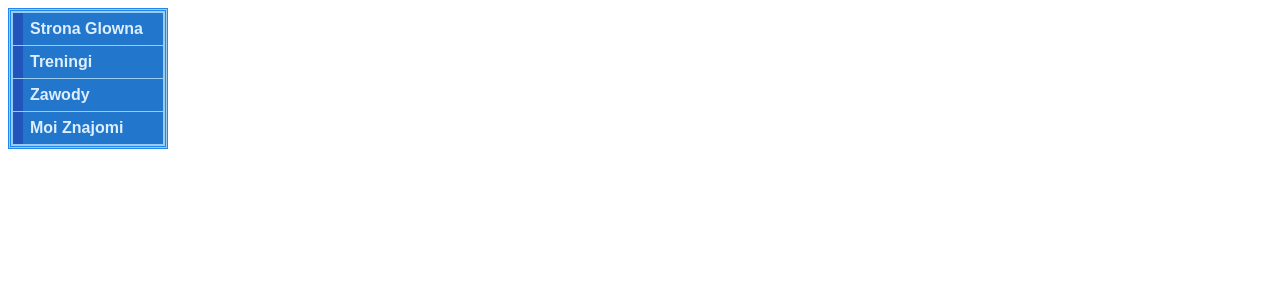
Repository: zlenyk/wrzucak
Page: Shop/WebContent/userMenu.html
An editor plug-in stored every save of this project. The page is shown before and after the next save, followed by the edit.
The browser window is 1280 px wide. The pictures show the whole page.

Above is the page before, as saved 2013-09-24 12:09:34.

After the next save:
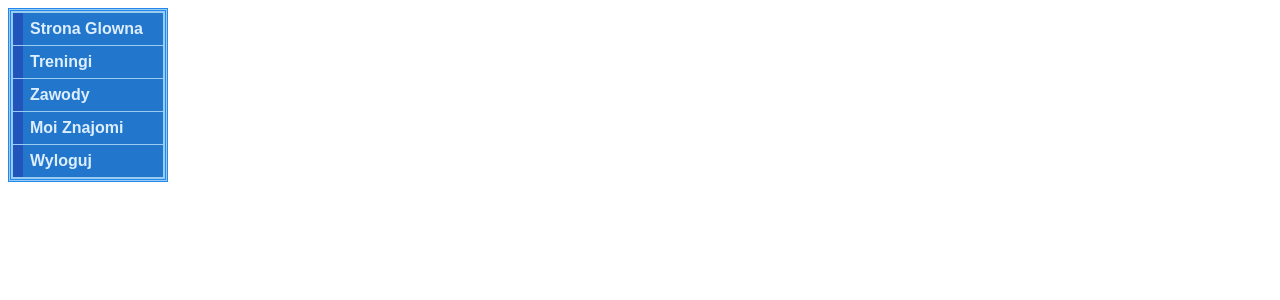
Saved 19 min 33 s later.
--- a/Shop/WebContent/userMenu.html
+++ b/Shop/WebContent/userMenu.html
@@ -11,6 +11,7 @@
 		<li><a target = strona href="http://localhost:8080/Shop/Trainings">Treningi</a></li>
 		<li><a target = strona href="http://localhost:8080/Shop/Events">Zawody</a></li>
 		<li><a target = strona href="http://localhost:8080/Shop/friends.html">Moi Znajomi</a></li>
+		<li><a target = strona href="http://localhost:8080/Shop/Logout">Wyloguj</a></li>
 	</ul>
 </body>
 </html>
